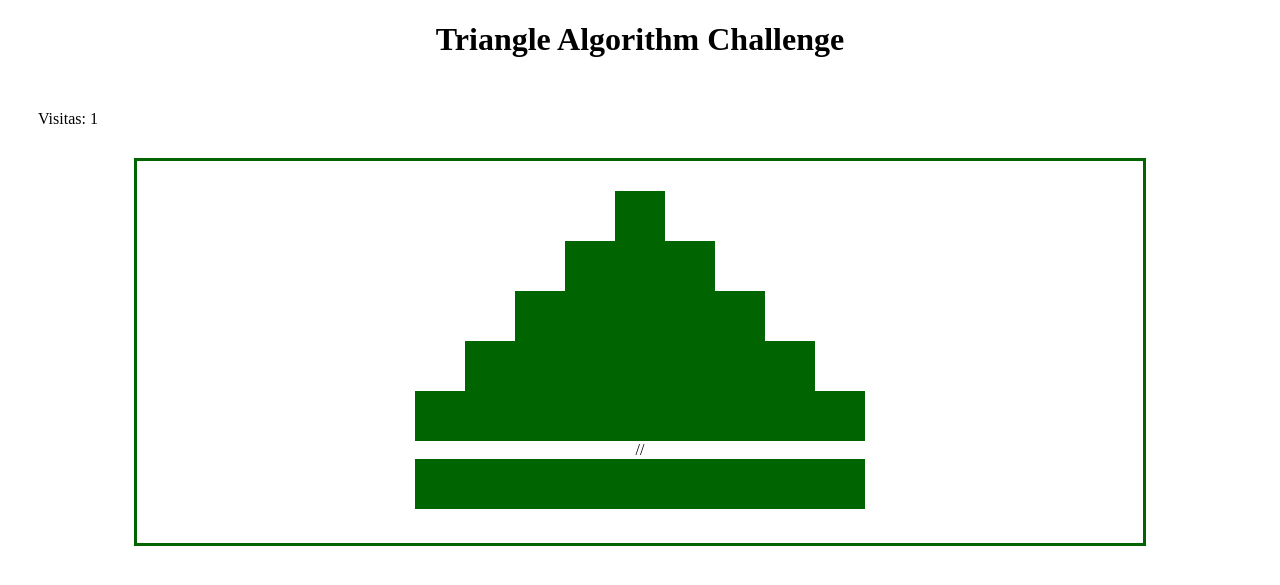
Repository: Hugobrr/trybe-exercises
Page: exercises/5_bloco/exercise-end-block5/index.html
The author's editor kept a copy of each file at every save. The page is drawn from the files as they stood at one save, then again after the next save.
The browser window is 1280 px wide. The pictures show the whole page.

Above is the page before, as saved 2020-11-05 17:43:57.

After the next save:
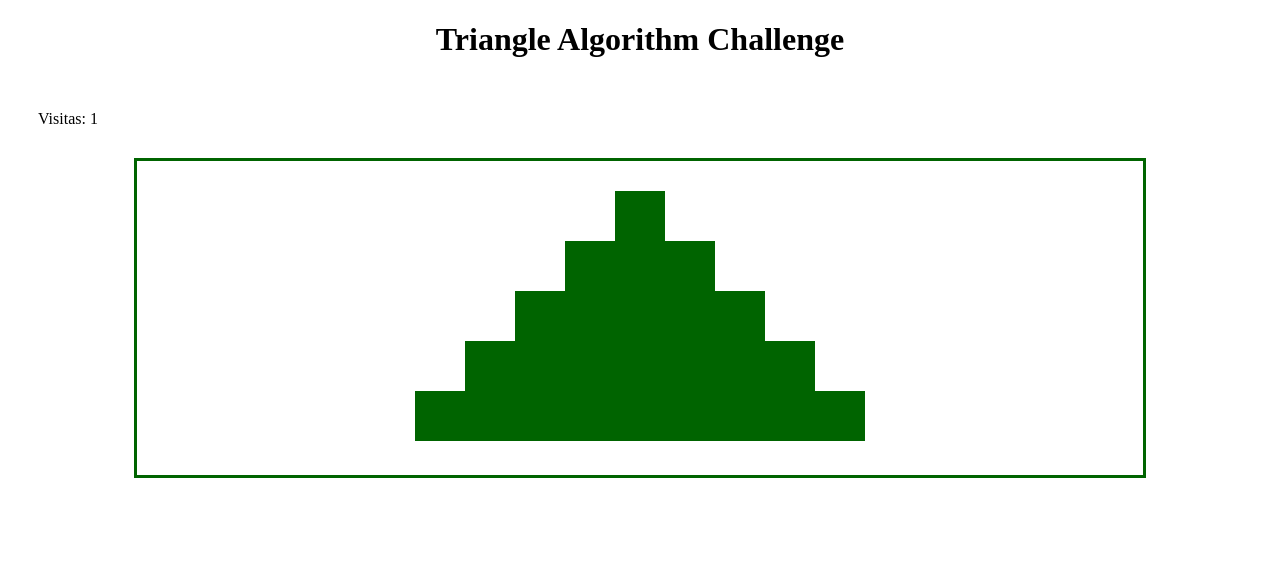
Saved 13 s later.
--- a/exercises/5_bloco/exercise-end-block5/index.html
+++ b/exercises/5_bloco/exercise-end-block5/index.html
@@ -20,7 +20,6 @@
       <div class="line"></div>
       <div class="line"></div>
       <div class="line"></div>
-     // <div class="line"></div>
     </div>
   </div>
 </body>
